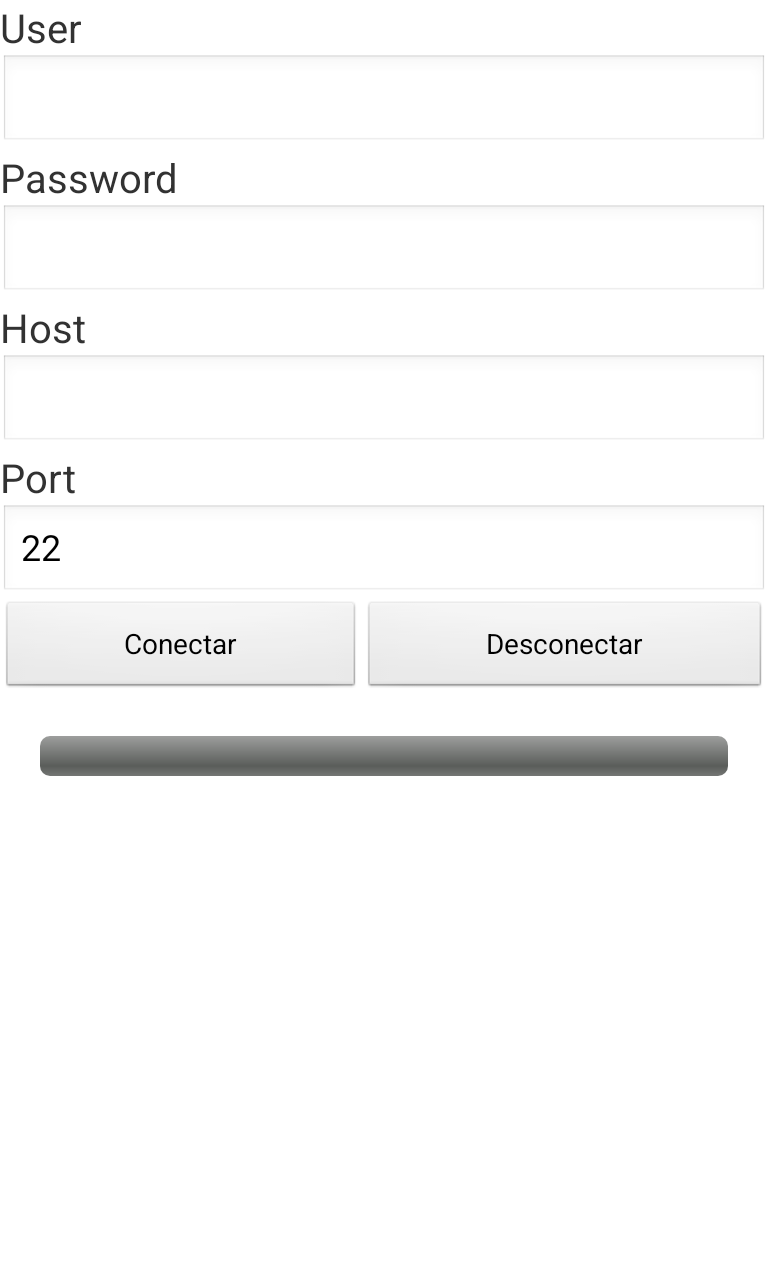
Repository: jonatansantos/Android-Server-Status
Layout: desarrollo/ModuloSSH/res/layout/pestanamainmanual.xml
These files come from the project's save history. The layout is drawn as it stood at one moment and after the next save; the edit follows.
It is drawn on a 768 x 1280 px phone screen (xhdpi) without system bars, with theme android:Theme.Light; the app's code is not run.

Above is the layout before, as saved 2012-03-21 18:37:01.

After the next save:
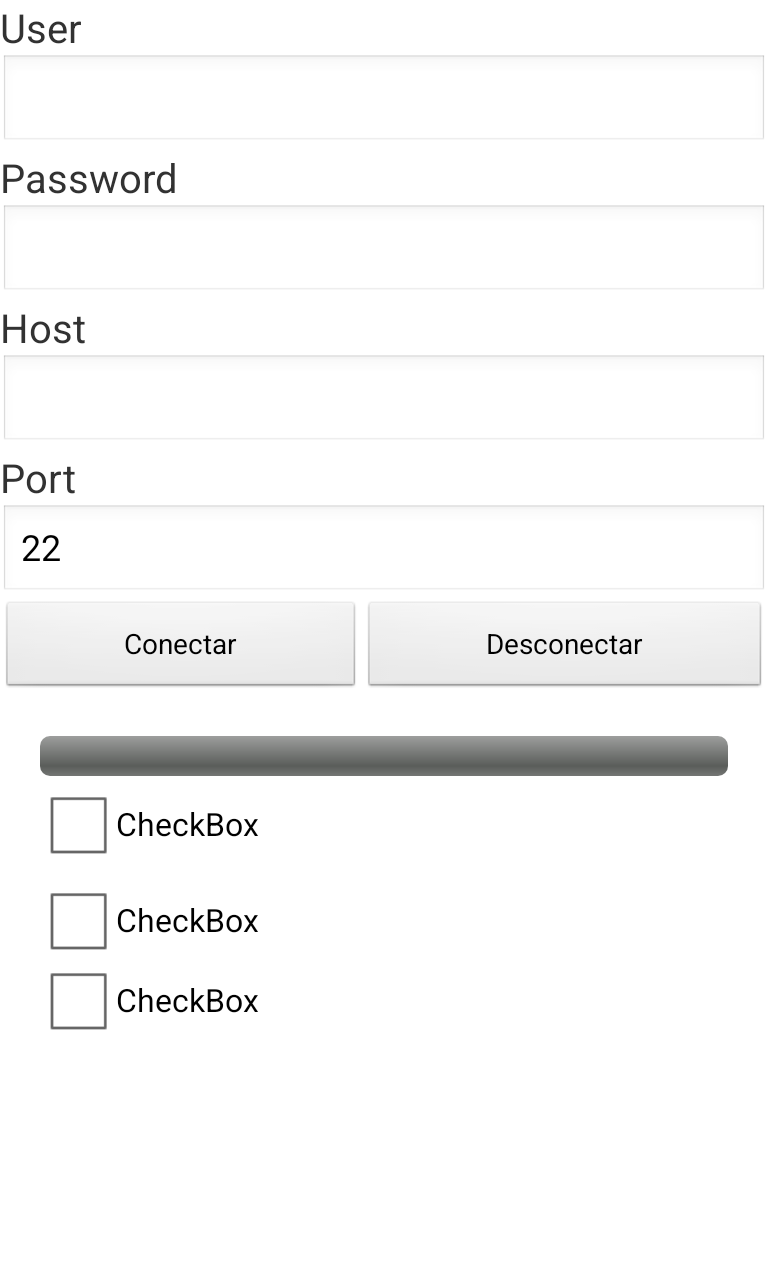
Saved 2 min 40 s later.
--- a/desarrollo/ModuloSSH/res/layout/pestanamainmanual.xml
+++ b/desarrollo/ModuloSSH/res/layout/pestanamainmanual.xml
@@ -99,6 +99,26 @@
                     style="?android:attr/progressBarStyleHorizontal"
                     android:layout_width="match_parent"
                     android:layout_height="wrap_content" />
+
+
+                <CheckBox
+                    android:id="@+id/checkBox1"
+                    android:layout_width="wrap_content"
+                    android:layout_height="wrap_content"
+                    android:text="CheckBox" />
+
+                <CheckBox
+                    android:id="@+id/checkBox2"
+                    android:layout_width="wrap_content"
+                    android:layout_height="wrap_content"
+                    android:text="CheckBox" />
+
+                <CheckBox
+                    android:id="@+id/checkBox3"
+                    android:layout_width="wrap_content"
+                    android:layout_height="wrap_content"
+                    android:text="CheckBox" />
+
             </LinearLayout>
         </ViewSwitcher>
 
